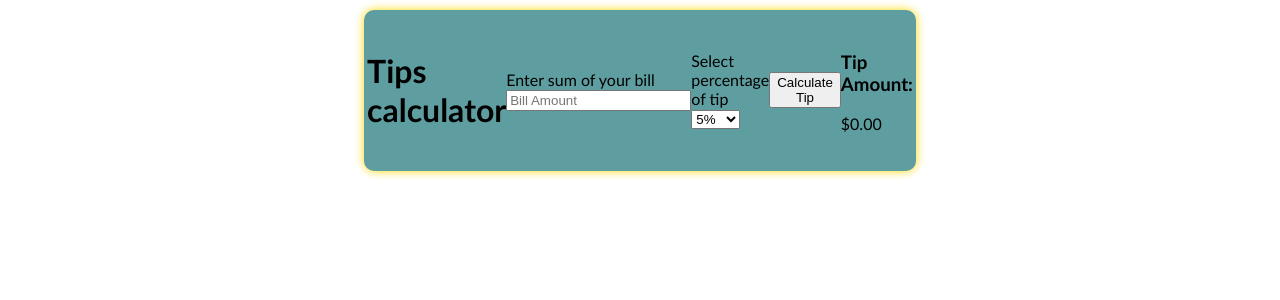
Repository: qtqqrdy13/tips-calculator
Page: index.html
An editor plug-in stored every save of this project. The page is shown before and after the next save, followed by the edit.
The browser window is 1280 px wide. The pictures show the whole page.

Above is the page before, as saved 2024-01-26 21:54:58.

After the next save:
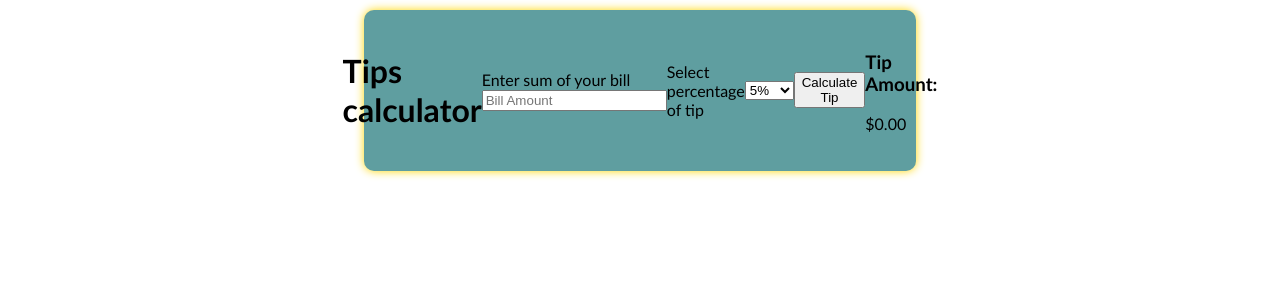
Saved 2 min 7 s later.
--- a/style.css
+++ b/style.css
@@ -24,3 +24,8 @@ body{
     font-size: 32px;
 
 }
+.tip-container{
+    display: flex;
+    justify-content: center;
+    align-items: center;
+}

After the save that followed:
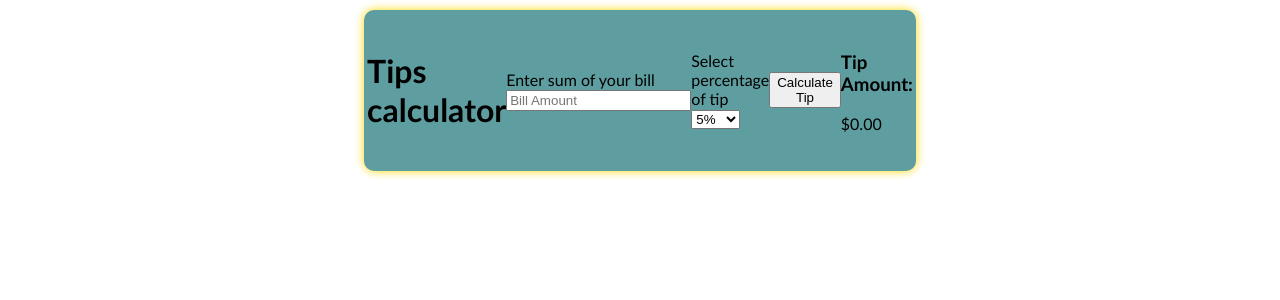
Saved 10 s later.
--- a/style.css
+++ b/style.css
@@ -25,7 +25,5 @@ body{
 
 }
 .tip-container{
-    display: flex;
-    justify-content: center;
-    align-items: center;
+
 }
